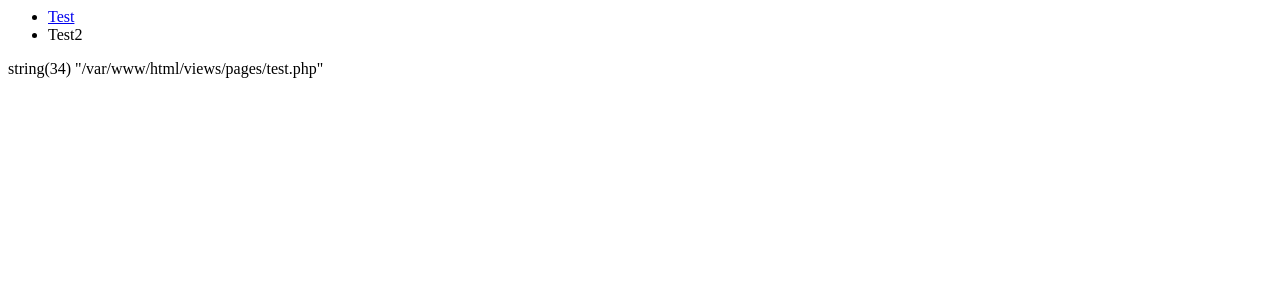
Repository: Aram5864/asdasdasdasdasdasas
Page: http://localhost/var/www/html/views/pages/test.php
An editor plug-in stored every save of this project. The page is shown before and after a run of saves, followed by the edit.
The browser window is 1280 px wide. The pictures show the whole page.
The page is run by PHP 8.4 with error messages shown; the project is at /var/www/html/. Other server files are loaded and not shown.

Above is the page before, as saved 2022-05-05 17:15:00.

### public/index.php
<?php
include_once '../configs/PathDirectory.php';
include_once _LAYOUTS . 'header.php';
include_once _PAGES . "test.php";


?>

### configs/PathDirectory.php
<?php

define("BASE_URL", dirname(__DIR__) . DIRECTORY_SEPARATOR);
define("_CONFIGS", BASE_URL . "configs" . DIRECTORY_SEPARATOR);
define("_CONTROLLERS", BASE_URL . "controllers" . DIRECTORY_SEPARATOR);
define("_MODELS", BASE_URL . "model" . DIRECTORY_SEPARATOR);
define("_PUBLIC", BASE_URL . "public" . DIRECTORY_SEPARATOR);
define("_CSS", _PUBLIC . "css" . DIRECTORY_SEPARATOR);
define("_FONT", _PUBLIC . "font" . DIRECTORY_SEPARATOR);
define("_IMAGES", _PUBLIC . "images" . DIRECTORY_SEPARATOR);
define("_JS", _PUBLIC . "js" . DIRECTORY_SEPARATOR);
define("_VENDOR", BASE_URL . "vendor" . DIRECTORY_SEPARATOR);
define("_VIEWS", BASE_URL . "views" . DIRECTORY_SEPARATOR);
define("_LAYOUTS", _VIEWS . "layouts" . DIRECTORY_SEPARATOR);
define("_PAGES", _VIEWS . "pages" . DIRECTORY_SEPARATOR);

### views/layouts/header.php
<?php



?>


<div>
    <div class="ul">
        <ul>
            <li> <a href="<?= _PAGES ?>">Test</a> </li>
            <li>Test2</li>
        </ul>
    </div>
</div>

### views/pages/test.php
<?php
include_once _VENDOR . 'app.php';

$data = new App();

$data->run();

After the next 5 saves:
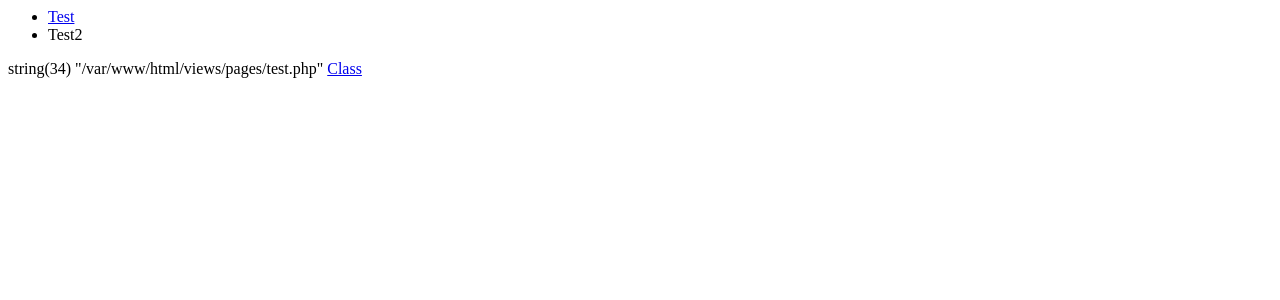
The 5 saves are shown as one change because they came seconds apart.
The last was saved 23 s later.
--- a/public/index.php
+++ b/public/index.php
@@ -5,3 +5,5 @@ include_once _PAGES . "test.php";
 
 
 ?>
+
+<a href="./home.php">Class</a>
